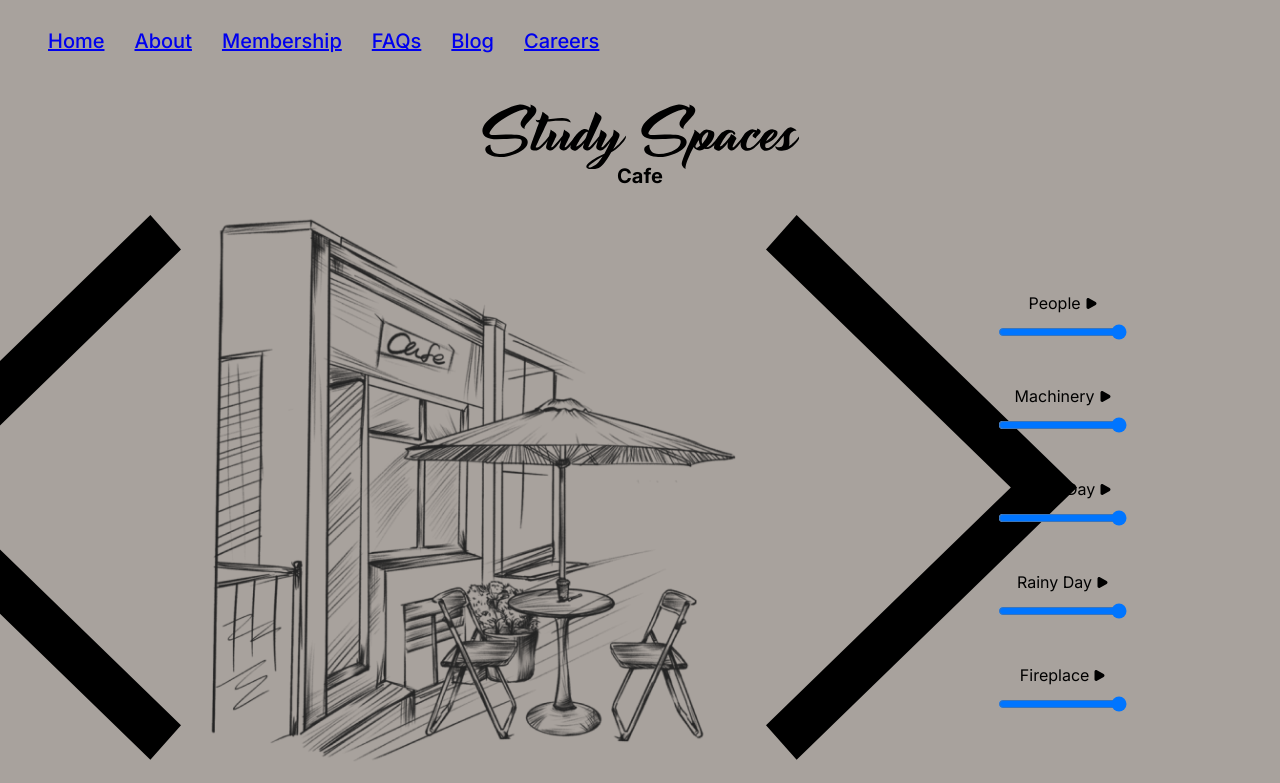
Repository: kaitlynlie/studyspaces
Page: / (app in studyspaces/)
An editor plug-in stored every save of this project. The page is shown before and after a run of saves, followed by the edit.
The browser window is 1280 px wide. The pictures show the whole page.
The project was rebuilt for these pictures with package versions that can differ from the ones it lists, and the page was loaded fresh each time. Also part of the build but not shown: studyspaces/vite.config.ts. Imported but missing from the stored project, and not drawn on this page: studyspaces/src/audio/fireplace.wav, studyspaces/src/audio/people.wav, studyspaces/src/audio/rain.wav, studyspaces/src/audio/softmachinery.mp3, studyspaces/src/audio/sun.wav.

Above is the page before, as saved 2023-09-28 10:53:37.

### studyspaces/index.html
<!DOCTYPE html>
<html lang="en">
  <head>
    <meta charset="UTF-8" />
    <link rel="icon" type="image/svg+xml" href="/vite.svg" />
    <meta name="viewport" content="width=device-width, initial-scale=1.0" />
    <title>Study Spaces</title>
  </head>
  <body>
    <div id="root"></div>
    <script type="module" src="/src/main.tsx"></script>
  </body>
</html>

### studyspaces/src/main.tsx
import React from 'react'
import ReactDOM from 'react-dom/client'
import App from './App'
import './index.scss'
import { BrowserRouter } from 'react-router-dom'

ReactDOM.createRoot(document.getElementById('root')!).render(
  <BrowserRouter>
    <App />
  </BrowserRouter>,
)

### studyspaces/src/App.tsx
import clsx from "clsx";
import { Route, Routes } from 'react-router-dom'
import React from "react";
import { Home } from "./pages/Home";
import { Navbar } from "./pages";

function App() {
  return (
    <>
      <div className={clsx("app", "w-full overflow-hidden")}>
          {/* <img
            src={tracks}
            alt='tracks'
            className={clsx(styles.tracks)}
          />  */}
        <Navbar />
        <Routes>
          <Route index path="/" element={<Home />} />
          {/* <Route path="about" element={<About />} />
          <Route path="membership" element={<Membership />} />
          <Route path="faq" element={<FAQ />} />
          <Route path="blog" element={<Blog />} />
          <Route path="careers" element={<Careers />} />
          <Route path='blog2' element={<Blog2 />} /> */}
      </Routes>
      </div>
    </>
  )
  }

export default App;

### studyspaces/src/index.scss
@import url("https://fonts.googleapis.com/css2?family=Inter:wght@400;500;600;700;800;900&display=swap");
// @import "./style/globals/general.scss";

@tailwind base;
@tailwind components;
@tailwind utilities;

:root {
  font-family: Inter;
  overflow-x: hidden;
}

@keyframes jump {
  0%, 100% {
    transform: translateY(0);
  }
  50% {
    transform: translateY(-20px);
  }
}

.jumping-word {
  display: inline-block;
  animation: jump 1s infinite;
}

### studyspaces/src/pages/Home.tsx
import styles from "./home.module.scss";
import clsx from "clsx";
import { title, coffee, leftarrow, rightarrow, play, pause } from "../assets";
import React, { ChangeEvent, useState, useRef } from 'react';
import { people, machinery, sunny, rainy, fire } from "../audio";

export function Home() {
  const [sliderValues, setSliderValues] = useState({
    peopleVolumeSlider: 1,
    machVolumeSlider: 1,
    sunnyVolumeSlider: 1,
    rainyVolumeSlider: 1,
    fireVolumeSlider: 1,
  });

  const handleSliderChange = (event: ChangeEvent<HTMLInputElement>) => {
    const { id, value } = event.target;
    setSliderValues((prevValues) => ({
      ...prevValues,
      [id]: parseFloat(value),
    }));
  };

  const [isPlaying, setIsPlaying] = useState<AudioState>({});

  interface AudioState {
    [key: string]: boolean;
  }

  const handlePlayButtonClick = (audioId: string) => {
    setIsPlaying((prevState) => ({
      ...prevState,
      [audioId]: !prevState[audioId] || !prevState[audioId],
    }));
  };

  return (
    <div className={clsx(styles.body)}>
        <section className={clsx(styles.home)}>
            <img src={title} className={clsx(styles.title)}/>
            <h4>Cafe</h4>
            <div className={clsx(styles.content)}>
              <div className={clsx(styles.hero)}>
                <img id="leftArrow" src={leftarrow} />
                <img src={coffee} className={clsx(styles.coffee)} />
                <img id="rightArrow" src={rightarrow} />
              </div>

              <div className={clsx(styles.audiolist)}>
                <div className={clsx(styles.audio)}>
                  <div className={clsx(styles.title)}>
                    <p>People</p>
                    <img
                      src={play}
                      width="11"
                      height="11"
                      id="peoplePlayButton"
                      onClick={() => handlePlayButtonClick("peopleAudioPlayer")}                    />
                  </div>
                  <audio id="peopleAudioPlayer">
                    <source src={people} type="audio/wav" />
                  </audio>
                  <input
                    type="range"
                    id="peopleVolumeSlider"
                    min={0}
                    max={1}
                    step={0.1}
                    value={sliderValues.peopleVolumeSlider}
                    onChange={handleSliderChange}
                  />
                </div>

                <div className={clsx(styles.audio)}>
                  <div className={clsx(styles.title)}>
                    <p>Machinery</p>
                    <img
                      src={play}
                      width="11"
                      height="11"
                      id="machPlayButton"
                      onClick={() => handlePlayButtonClick("machAudioPlayer")}
                    />
                  </div>
                  <audio id="machAudioPlayer">
                    <source src={machinery} type="audio/mp3" />
                  </audio>
                  <input
                    type="range"
                    id="machVolumeSlider"
                    min={0}
                    max={1}
                    step={0.1}
                    value={sliderValues.machVolumeSlider}
                    onChange={handleSliderChange}
                  />
                </div>

                <div className={clsx(styles.audio)}>
                  <div className={clsx(styles.title)}>
                    <p>Sunny Day</p>
                    <img
                      src={play}
                      width="11"
                      height="11"
                      id="sunnyPlayButton"
                      onClick={() => handlePlayButtonClick("sunnyAudioPlayer")}
                    />
                  </div>
                  <audio id="sunnyAudioPlayer">
                    <source src={sunny} type="audio/wav" />
                  </audio>
                  <input
                    type="range"
                    id="sunnyVolumeSlider"
                    min={0}
                    max={1}
                    step={0.1}
                    value={sliderValues.sunnyVolumeSlider}
                    onChange={handleSliderChange}
                  />
                </div>

                <div className={clsx(styles.audio)}>
                  <div className={clsx(styles.title)}>
                    <p>Rainy Day</p>
                    <img
                      src={play}
                      width="11"
                      height="11"
                      id="rainyPlayButton"
                      onClick={() => handlePlayButtonClick("rainyAudioPlayer")}
                    />
                  </div>
                  <audio id="rainyAudioPlayer">
                    <source src={rainy} type="audio/wav" />
                  </audio>
                  <input
                    type="range"
                    id="rainyVolumeSlider"
                    min={0}
                    max={1}
                    step={0.1}
                    value={sliderValues.rainyVolumeSlider}
                    onChange={handleSliderChange}
                  />
                </div>

                <div className={clsx(styles.audio)}>
                  <div className={clsx(styles.title)}>
                    <p>Fireplace</p>
                    <img
                      src={play}
                      width="11"
                      height="11"
                      id="firePlayButton"
                      onClick={() => handlePlayButtonClick("fireAudioPlayer")}
                    />
                  </div>
                  <audio id="fireAudioPlayer">
                    <source src={fire} type="audio/wav" />
                  </audio>
                  <input
                    type="range"
                    id="fireVolumeSlider"
                    min={0}
                    max={1}
                    step={0.1}
                    value={sliderValues.fireVolumeSlider}
                    onChange={handleSliderChange}
                  />
                </div>
              </div>
            </div>
        </section>
    </div>
  );
}

### studyspaces/src/pages/index.ts
import Navbar from "./Navbar";

export {
    Navbar
}

### studyspaces/src/pages/home.module.scss
body {
    background-color: rgb(168, 162, 157);
    section.home {
        padding: 10px;
        display: flex;
        flex-direction: column;
        justify-content: center;
        align-items: center;
        .title {
            margin-top: 20px;
        }
        h4 {
            text-align: center;
            font-size: 20px;
            font-weight: 700;
            margin-top: -5px;
        }
        .content {
            display: flex;
            justify-content: space-between;
            gap: 200px;
            transition: gap 0.3s ease;
            // @media (max-width: 1089px) {
            //     gap: 50px;
            // }
            // @media (max-width: 919px) {
            //   flex-direction: column;
            // }
            .hero {
                display: flex;
                justify-content: center;
                gap: 30px;
                .coffee {
                    max-width: 550px;
                    max-height: 550px;
                    width: 100%;
                    height: 100%;
                    @media (max-width: 664px) {
                        max-width: 300px;
                        max-height: 300px;
                    }
                }
            }
            .audiolist {
                display: flex;
                flex-direction: column;
                align-items: center;
                justify-content: center;
                .audio {
                    display: flex;
                    flex-direction: column;
                    justify-content: center;
                    align-items: center;
                    .title {
                        display: flex;
                        flex-direction: row;
                        justify-content: center;
                        align-items: center;
                        gap: 5px;
                        img {
                            cursor: pointer;
                        }
                        .custom-range-slider {
                            appearance: none;
                            width: 100%;
                            height: 8px;
                            border-radius: 5px;
                            background-color: black;
                            outline: none;
                          }

                          .custom-range-slider::-webkit-slider-thumb {
                            appearance: none;
                            width: 16px;
                            height: 16px;
                            border-radius: 50%;
                            background-color: white;
                            cursor: pointer;
                          }

                          .custom-range-slider::-moz-range-thumb {
                            width: 16px;
                            height: 16px;
                            border-radius: 50%;
                            background-color: white;
                            cursor: pointer;
                          }

                          .custom-range-slider::-ms-thumb {
                            width: 16px;
                            height: 16px;
                            border-radius: 50%;
                            background-color: white;
                            cursor: pointer;
                          }
                        #peopleVolumeSlider {
                            -webkit-appearance: none;
                            appearance: none;
                            width: 100%;
                            height: 5px;
                            background-color: black; /* Set the default color of the track/bar */
                            outline: none;
                            position: relative;
                          }

                          #peopleVolumeSlider::-webkit-slider-thumb {
                            -webkit-appearance: none;
                            appearance: none;
                            width: 12px;
                            height: 12px;
                            background-color: black; /* Set the color of the slider thumb */
                            cursor: pointer;
                            border-radius: 50%;
                            position: relative;
                            z-index: 1;
                          }

                          #sunnyVolumeSlider {
                            -webkit-appearance: none;
                            appearance: none;
                            width: 100%;
                            height: 5px;
                            background-color: black; /* Set the default color of the track/bar */
                            outline: none;
                            position: relative;
                          }

                          #sunnyVolumeSlider::-webkit-slider-thumb {
                            -webkit-appearance: none;
                            appearance: none;
                            width: 12px;
                            height: 12px;
                            background-color: black; /* Set the color of the slider thumb */
                            cursor: pointer;
                            border-radius: 50%;
                            position: relative;
                            z-index: 1;
                          }

                          #rainyVolumeSlider {
                            -webkit-appearance: none;
                            appearance: none;
                            width: 100%;
                            height: 5px;
                            background-color: black; /* Set the default color of the track/bar */
                            outline: none;
                            position: relative;
                          }

                          #rainyVolumeSlider::-webkit-slider-thumb {
                            -webkit-appearance: none;
                            appearance: none;
                            width: 12px;
                            height: 12px;
                            background-color: black; /* Set the color of the slider thumb */
                            cursor: pointer;
                            border-radius: 50%;
                            position: relative;
                            z-index: 1;
                          }

                          #machVolumeSlider {
                            -webkit-appearance: none;
                            appearance: none;
                            width: 100%;
                            height: 5px;
                            background-color: black; /* Set the default color of the track/bar */
                            outline: none;
                            position: relative;
                          }

                          #machVolumeSlider::-webkit-slider-thumb {
                            -webkit-appearance: none;
                            appearance: none;
                            width: 12px;
                            height: 12px;
                            background-color: black; /* Set the color of the slider thumb */
                            cursor: pointer;
                            border-radius: 50%;
                            position: relative;
                            z-index: 1;
                          }

                          #fireVolumeSlider {
                            -webkit-appearance: none;
                            appearance: none;
                            width: 100%;
                            height: 5px;
                            background-color: black; /* Set the default color of the track/bar */
                            outline: none;
                            position: relative;
                          }

                          #fireVolumeSlider::-webkit-slider-thumb {
                            -webkit-appearance: none;
                            appearance: none;
                            width: 12px;
                            height: 12px;
                            background-color: black; /* Set the color of the slider thumb */
                            cursor: pointer;
                            border-radius: 50%;
                            position: relative;
                            z-index: 1;
                          }
                    }
                    input {
                        margin-top: -5px;
                        margin-bottom: 10px
                    }
                }
            }
        }
    }
}

### studyspaces/src/assets/index.ts
import title from './title.svg'
import coffee from './coffee.png'
import leftarrow from './leftarrow.svg'
import rightarrow from './rightarrow.svg'
import play from './play.svg'
import pause from './pause.svg'

export {
    title,
    coffee,
    leftarrow,
    rightarrow,
    play,
    pause
}

### studyspaces/src/audio/index.ts
import people from './people.wav'
import machinery from './softmachinery.mp3'
import sunny from './sun.wav'
import rainy from './rain.wav'
import fire from './fireplace.wav'

export {
    people,
    machinery,
    sunny,
    rainy,
    fire
}

### studyspaces/src/pages/Navbar.tsx
import React from 'react'
import styles from './Navbar.module.scss'
import clsx from 'clsx'
import { title } from '../assets'
import { Link } from 'react-router-dom'
import { useState } from 'react'
import { RiMenu3Line, RiCloseLine } from 'react-icons/ri';

const Navbar = () => {
  const [toggleMenu, setToggleMenu] = useState(false);
  const [nav, setNav] = useState(false);

  const openNav = () => {
    setNav(!nav);
  };

  return (
    <nav className={clsx(styles.navbar)}>
    <div className={clsx(styles.bar)}>
      <ul className={clsx(styles.components)}>
        <Link onClick={openNav} to='/'><li><a>Home</a></li></Link>
        <Link onClick={openNav} to='/about'><li><a>About</a></li></Link>
        <Link onClick={openNav} to='/membership'><li><a>Membership</a></li></Link>
        <Link onClick={openNav} to='/faq'><li><a>FAQs</a></li></Link>
        <Link onClick={openNav} to='/blog'><li><a>Blog</a></li></Link>
        <Link onClick={openNav} to='/careers'><li><a>Careers</a></li></Link>
      </ul>
    </div>

    {/* <div className={clsx(styles.signin)}>
      <p>Sign In</p>
      <button
        type="button"
        className={clsx(styles.button)}>
        Register
      </button>
    </div> */}

    <div className={clsx(styles.toggle)}>
        {toggleMenu
          ? <RiCloseLine color="#000" size={27} onClick={() => setToggleMenu(false)} />
          : <RiMenu3Line color="#000" size={27} onClick={() => setToggleMenu(true)} />}
        {toggleMenu && (
        <div className={clsx(styles.box)}>
          <div className="none">
            <ul className={clsx(styles.dropdown)}>
            <Link onClick={openNav} to='/'><li><a>Home</a></li></Link>
            <Link onClick={openNav} to='/about'><li><a>About</a></li></Link>
            <Link onClick={openNav} to='/membership'><li><a>Membership</a></li></Link>
            <Link onClick={openNav} to='/faq'><li><a>FAQs</a></li></Link>
            <Link onClick={openNav} to='/blog'><li><a>Blog</a></li></Link>
            <Link onClick={openNav} to='/careers'><li><a>Careers</a></li></Link>
            <li><a>Sign In</a></li>
            <li><a>Register</a></li>
            </ul>
          </div>
        </div>
        )}
        </div>
  </nav>
  )
}

export default Navbar

### studyspaces/src/pages/Navbar.module.scss
nav.navbar {
    display: flex;
    flex-direction: row;
    align-items: center;
    justify-content: space-between;
    z-index: 10;
    .logo {
      margin-top: 2px;
      display: flex;
      flex-direction: row;
      align-items: center;
      z-index: 10;
      img {
        width: 100%;
        height: 100%;
      }
    }
    .components {
      display: flex;
      flex-direction: row;
      gap: 30px;
      font-size: 20px;
      font-weight: 500;
      line-height: 130%;
      z-index: 10;
      cursor: pointer;
      a {
        z-index: 10;
        list-style-type: none;
      }
      @media (max-width: 1156px) {
        display: none;
      }
    }
    .signin {
      display: flex;
      flex-direction: row;
      align-items: center;
      gap: 10px;
      font-size: 20px;
      font-weight: 500;
      line-height: 130%;
      z-index: 10;
      cursor: pointer;
      @media (max-width: 1156px) {
        display: none;
      }
      .button {
        border-radius: 5px;
        background: #184171;
        width: 150px;
        height: 49px;
        color: white;
        margin-right: 5px;
        z-index: 10;
      }
    }
    .toggle {
      position: relative;
      cursor: pointer;
      z-index: 10;
      display: none;
      margin-left: 20px;
      margin-right: 5px;
      @media (max-width: 1156px) {
        display: block;
      }
      .box {
        display: flex;
        justify-content: flex-end;
        align-items: flex-end;
        flex-direction: column;
        text-align: end;
        background-color: #184171c9;
        padding: 16px;
        position: absolute;
        top: 40px;
        right: 10px;
        border-radius: 5px;
        box-shadow: 0 10px 20px 0 rgba(0,0,0,0.5);
        z-index: 10;
        .dropdown {
          display: flex;
          justify-content: flex-end;
          align-items: flex-end;
          flex-direction: column;
          color: white;
          text-align: end;
          padding: 1px;
          li {
            margin-top: 8px;
          }
        }
      }
    }
  }

After the next 2 saves:
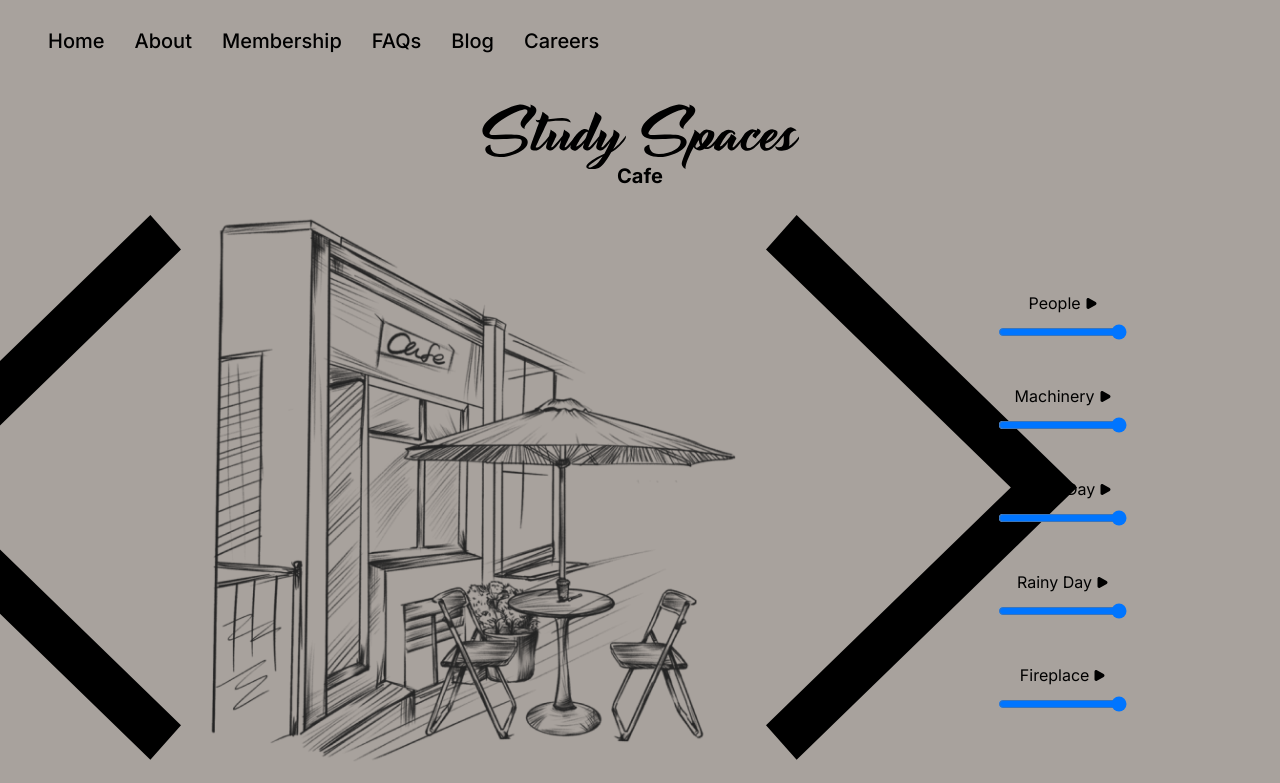
The 2 saves are shown as one change because they came seconds apart.
The last was saved 29 s later.
--- a/studyspaces/src/pages/Navbar.module.scss
+++ b/studyspaces/src/pages/Navbar.module.scss
@@ -27,6 +27,8 @@ nav.navbar {
       a {
         z-index: 10;
         list-style-type: none;
+        text-decoration: none;
+        color: inherit;
       }
       @media (max-width: 1156px) {
         display: none;
